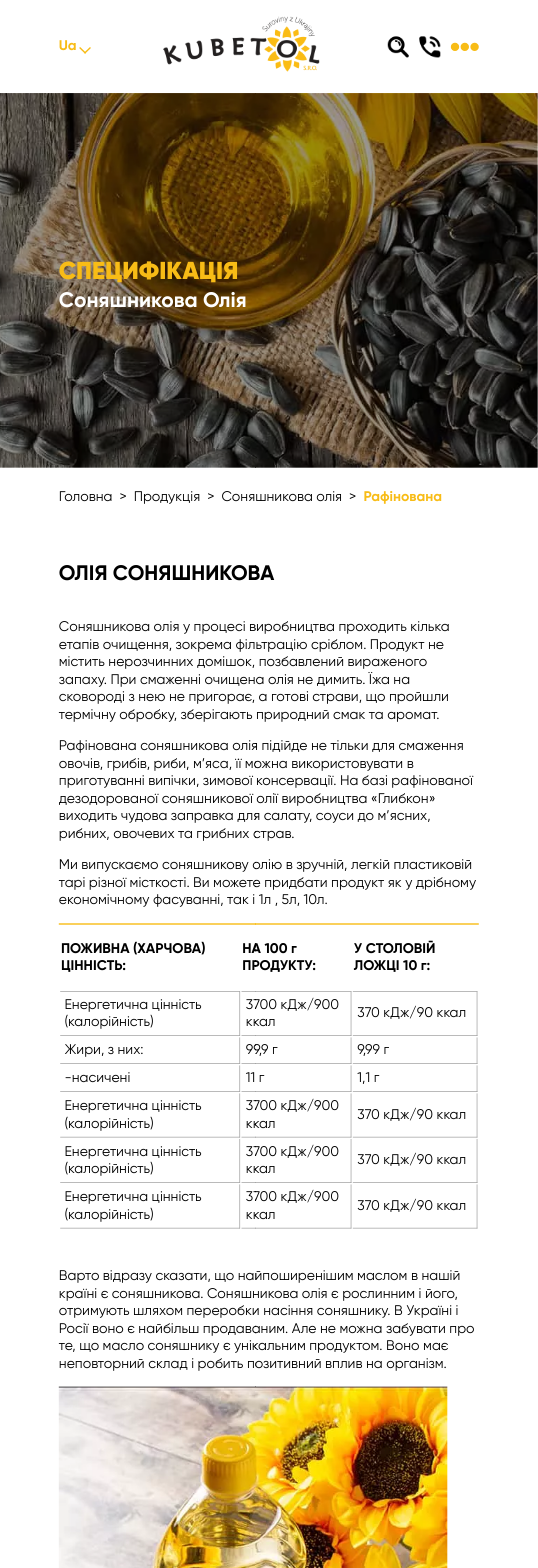
Repository: fanbear/Kubetol
Page: specification.html
An editor plug-in stored every save of this project. The page is shown before and after the next save, followed by the edit.
The browser window is 768 px wide. The pictures show the part of the page from y = 0 to 2240 px (the page is 5311 px tall before and 5281 px after), at 70% of full size.

Above is the page before, as saved 2023-05-03 15:40:26.

### specification.html
<!DOCTYPE html>
<html lang="en">

<head>
    <meta charset="UTF-8">
    <meta http-equiv="X-UA-Compatible" content="IE=edge">
    <meta name="viewport" content="width=device-width, initial-scale=1.0">
    <title>Document</title>
    <!-- <link rel="stylesheet" href="https://cdnjs.cloudflare.com/ajax/libs/normalize/8.0.1/normalize.min.css"> -->

    <script src="js/preload.js"></script>
    <link rel="stylesheet" href="css/critical.css">
</head>

<body id="main">
    <div class="preload">
        <div class="preload-img"><img src="img/footer-logotype.webp" alt="KUBETOL"></div>
        <div class="loading-spinner"></div>
        <div class="preload-text">Завантаження...</div>
        <div class="video-slider__overlay"></div>
    </div>
    <header class="header">
        <div class="flex-container flex-bettwen flex-ac">
            <div class="header-language flex">
                <div class="language-active">Ua</div>
                <ul class="language-list">
                    <li><a href="/">Pl</a></li>
                    <li><a href="/">Cz</a></li>
                    <li><a href="/">En</a></li>
                </ul>
                <div class="header-list__open no-transform"></div>
            </div>
            <div class="header-title">KUBETOL s.r.o. - Сировина з України</div>
            <div class="header-logotype flex flex-center"><a href="/"><img src="img/logotype.webp" alt="KUBETOL"
                        width="223" height="78"></a></div>
            <div class="header-email"><a href="mailto:kubetol@seznam.cz">kubetol@seznam.cz</a></div>
            <div class="header-action flex flex-bettwen">
                <div class="header-search flex flex-ac">
                    <img src="img/search.webp" alt="KUBETOL search" width="30" height="30">
                </div>
                <div class="header-phone flex flex-ac">
                    <img src="img/phone.webp" alt="KUBETOL Phone" width="30" height="30">
                </div>
                <div class="header-menu flex flex-ac flex-center">
                    <span></span>
                    <span></span>
                    <span></span>
                </div>
                <div class="header-menu__list flex">
                    <ul>
                        <li><a href="/">Головна</a></li>
                        <li><a href="/">Про нас</a></li>
                        <li><a href="/">Продукція</a></li>
                        <li><a href="/">Контакти</a></li>
                        <li><a href="/">Новини</a></li>
                    </ul>
                </div>
            </div>
        </div>
    </header>
    <main class="spec-page">
        <section class="section top-product" style="background-image: url('img/product-top.webp')">
            <div class="flex-container flex-column">
                <div class="top-product__text">
                    <h1>Специфікація</h1>
                    <h2>Соняшникова Олія</h2>
                </div>
            </div>
            <div class="product-overlay"></div>
        </section>
        <div class="breadcrumb">
            <div class="flex-container">
                <ul class="flex flex-ac">
                    <li><a href="">Головна</a><span>></span></li>
                    <li><a href="">Продукція</a><span>></span></li>
                    <li><a href="">Соняшникова олія</a><span>></span></li>
                    <li>Рафінована</li>
                </ul>
            </div>
        </div>
        <section class="spec-text">
            <div class="flex-container">
                <div class="spec-text__title">
                    <h1>ОЛІЯ СОНЯШНИКОВА</h1>
                </div>
                <div class="spec-text__desc">
                    <p>Соняшникова олія у процесі виробництва проходить кілька етапів очищення, зокрема фільтрацію
                        сріблом. Продукт не містить
                        нерозчинних домішок, позбавлений вираженого запаху. При смаженні очищена олія не димить. Їжа на
                        сковороді з нею не
                        пригорає, а готові страви, що пройшли термічну обробку, зберігають природний смак та аромат.</p>
                    <p>Рафінована соняшникова олія підійде не тільки для смаження овочів, грибів, риби, м’яса, її можна
                        використовувати в
                        приготуванні випічки, зимової консервації. На базі рафінованої дезодорованої соняшникової олії
                        виробництва «Глибкон»
                        виходить чудова заправка для салату, соуси до м’ясних, рибних, овочевих та грибних страв.</p>
                    <p>Ми випускаємо соняшникову олію в зручній, легкій пластиковій тарі різної місткості. Ви можете
                        придбати продукт як у
                        дрібному економічному фасуванні, так і 1л , 5л, 10л.</p>
                    <table>
                        <thead>
                            <tr>
                                <th>ПОЖИВНА (ХАРЧОВА) ЦІННІСТЬ:</th>
                                <th>НА 100 г ПРОДУКТУ:</th>
                                <th>У СТОЛОВІЙ ЛОЖЦІ 10 г:</th>
                            </tr>

                        </thead>
                        <tbody>
                            <tr>
                                <td>Енергетична цінність (калорійність)</td>
                                <td>3700 кДж/900 ккал</td>
                                <td>370 кДж/90 ккал</td>
                            </tr>
                            <tr>
                                <td>Жири, з них:</td>
                                <td>99,9 г</td>
                                <td>9,99 г</td>
                            </tr>
                            <tr>
                                <td>-насичені</td>
                                <td>11 г</td>
                                <td>1,1 г</td>
                            </tr>
                            <tr>
                                <td>Енергетична цінність (калорійність)</td>
                                <td>3700 кДж/900 ккал</td>
                                <td>370 кДж/90 ккал</td>
                            </tr>
                            <tr>
                                <td>Енергетична цінність (калорійність)</td>
                                <td>3700 кДж/900 ккал</td>
                                <td>370 кДж/90 ккал</td>
                            </tr>
                            <tr>
                                <td>Енергетична цінність (калорійність)</td>
                                <td>3700 кДж/900 ккал</td>
                                <td>370 кДж/90 ккал</td>
                            </tr>
                        </tbody>
                    </table>
                    <p>Варто відразу сказати, що найпоширенішим маслом в нашій країні є соняшникова. Соняшникова олія є
                        рослинним і його,
                        отримують шляхом переробки насіння соняшнику. В Україні і Росії воно є найбільш продаваним. Але
                        не можна забувати про
                        те, що масло соняшнику є унікальним продуктом. Воно має неповторний склад і робить позитивний
                        вплив на організм.</p>
                    <img src="img/spec-img.webp" alt="">
                    <p>
                        <b>Основними плюсами в його компонентах є такі:</b> Наявність рослинних жирів. Вони досить легко
                        засвоюються організмом, на відміну від тваринних жирів.
                    </p>
                    <p>Жирні кислоти. Організм без них не може нормально функціонувати, завдяки їм відбувається будову
                        тканин і клітин. Крім
                        того, вони надають позитивний вплив на кровоносну і нервову систему.</p>
                    <p>Наявність вітамінів А і D. Вітамін А відповідає за хороший зір і підтримання імунної системи, а D
                        за, то щоб шкіра була
                        в хорошому стані і були міцні кістки.</p>
                    <p>Вітамін Е. Він є найпотужнішим антиоксидантом, виконує захисні функції організму, також захищає
                        його від раку і старіння
                        організму. У рослинному маслі концентрація вітаміну Е набагато вище, ніж в інших видах продуктів
                        і навіть в оливковій
                        олії.</p>
                    <p>Соняшникову олію розливають у споживчу і транспортну тару. У промисловості її розфасовують в
                        полімерні пляшки, а у
                        компаній-посередників можна придбати олію соняшникову наливом.</p>
                    <p>Зберігається соняшникова олія при температурі не вище 18-20 градусів від 2 до 4 місяців. Це
                        залежить від способу
                        отримання олії.</p>
                </div>
            </div>
        </section>
        <section class="spec-sertification">
            <div class="flex-container">
                <div class="spec-img-container flex flex-bettwen flex-wrap flex-ac">
                    <a href="img/spec-1.png" class="mfp-image"><img src="img/spec-1.png"></a>
                    <a href="img/spec-2.png" class="mfp-image"><img src="img/spec-2.png"></a>
                    <a href="img/spec-3.png" class="mfp-image"><img src="img/spec-3.png"></a>
                    <a href="img/spec-4.png" class="mfp-image"><img src="img/spec-4.png"></a>
                </div>
            </div>
        </section>
        <div class="spec-download">
            <div class="flex-container">
                <a class="flex flex-ac flex-center" href="path/to/document.pdf" download>Скачати документ</a>
            </div>
        </div>
        <div class="spec-bottom__img flex " style="background-image: url('img/spec-bottom-img.webp')">
        </div>
        <section class="yellow-line">
            <div class="flex-container flex-bettwen flex-ac no-wrap">
                <div class="yellow__text">Виникли питання або бажаєте замовити нашу продукцію?</div>
                <div class="yellow__button flex flex-center flex-ac">
                    <span>Зв'язатися з нами</span>
                </div>
            </div>
        </section>
    </main>
    <footer>
        <div class="flex-container">
            <div class="footer-logo flex flex-center"><img src="img/footer-logotype.webp" alt="kubetol-logotype"></div>
            <div class="footer-wrapper flex">
                <div class="footer-item flex flex-column flex-bettwen">
                    <ul class="footer-item__link flex">
                        <li><a href="/">Головна</a></li>
                        <li><a href="/">Про нас</a></li>
                        <li><a href="/">Продукція</a></li>
                        <li><a href="">Контакти</a></li>
                        <li><a href="">Новини</a></li>
                    </ul>
                    <div class="footer-item__social flex">
                        <a class="flex flex-center flex-ac" href="/"><img src="img/facebook.png"
                                alt="Kubetol - facebook" width="40" height="40"></a>
                        <a class="flex flex-center flex-ac" href="/"><img src="img/instagram.webp"
                                alt="Kubetol - instagram" width="40" height="40"></a>
                        <a class="flex flex-center flex-ac" href="/"><img src="img/youtube.png" alt="Kubetol - Youtube"
                                width="40" height="40"></a>
                    </div>
                    <div class="footer-item__developer">Розроблено і створено Сиваш Олексій</div>
                </div>
                <div class="footer-item">
                    <div class="footer-item_copyright">
                        Copyright <br> © 2010-2023 - KUBETOL s.r.o.
                    </div>
                    <div class="footer-item__phone"><a href="tel:">+420 777 892 272</a></div>
                    <div class="footer-item__mail"><a href="mailto:kubetol@seznam.cz">kubetol@seznam.cz</a></div>
                    <div class="footer-item__qr"><img src="img/qr.png" alt="Kubetol QR"></div>
                    <div class="footer-item__address">18200 Прага – 8, Kobylisy, Pakoměřická 510/18</div>
                </div>
            </div>
        </div>


        <link href="css/aos.css" rel="stylesheet">
        <link rel="stylesheet" type="text/css"
            href="https://cdnjs.cloudflare.com/ajax/libs/OwlCarousel2/2.3.4/assets/owl.carousel.min.css">
        <link rel="stylesheet" type="text/css"
            href="https://cdnjs.cloudflare.com/ajax/libs/OwlCarousel2/2.3.4/assets/owl.theme.default.min.css">

        <link rel="stylesheet" href="css/main.css">
        <script src="https://code.jquery.com/jquery-3.6.0.min.js"></script>
        <script src="https://cdnjs.cloudflare.com/ajax/libs/OwlCarousel2/2.3.4/owl.carousel.min.js"></script>
        <script src="js/aos.js"></script>

        <script src="js/main.js"></script>

        <!-- Magnific Popup CSS -->
        <link rel="stylesheet" href="css/magnific-popup.min.css" />

        <!-- Magnific Popup JS -->
        <script src="js/jquery.magnific-popup.min.js"></script>


    </footer>
</body>

</html>

### css/variables.css
:root {
    /* Color variables */
    --dark-color: #000000;
    --white-color: #ffffff;
    --yellow-color: #f8bc16;
    --grey-color: #9d9d9d;
    --dark-grey-color: #3a3a3a;
    /* Literal Fonts */
    --font-16: 16.7px;
    --font-25: 25.5px;
    --font-33: 33.3px;
    --font-45: 45.83px;
    --font-100: 100.1px;

    /* Container width */
    --width: 1180px;
    --container-padding: 0 15px;

    /* St button */
    --btn-width: 360px;
    --btn-height: 60px;
    --btn-radius: 30px;
}

/* Media query for tablets */
@media screen and (max-width: 1439.98px) {
    :root {
        --width: 980px;
        --container-padding: 0 20px;
        --font-16: 16.7px;
        --font-25: 25px;
        --font-33: 30px;
        --font-45: 40px;
        --font-100: 80px;
    }
}

/* Media query for mobile devices */
@media screen and (max-width: 1023.98px) {
    :root {
        --width: 740px;
        --container-padding: 0 20px;
        --font-16: 16.7px;
        --font-25: 20px;
        --font-33: 30px;
        --font-45: 35px;
        --font-100: 70px;
        --btn-width: 320px;
    }
}

@media (max-width: 768px) {
    :root {
        --width: 600px;
        --container-padding: 0 20px;
    }
}

### css/animation.css
:root {
    --animation-language: language-animation 0.6s ease-in;
    --animation-spin: spin 1s linear infinite;
    --animation-preload: preload-hover 0.8s linear;
}



/* Language - animation */
@keyframes language-animation {
    0% {
        transform: scale(0);
        opacity: 0;
        z-index: -1;
    }

    50% {
        transform: scale(0.5);
        opacity: 0.5;
        z-index: 9999;
    }

    50% {
        transform: scale(1);
        opacity: 1;
        z-index: 9999;
    }

}

@keyframes spin {
    0% {
        transform: rotate(0);
    }

    100% {
        transform: rotate(360deg);
    }
}

@keyframes preload-hover {
    0% {
        opacity: 1;
        z-index: 9999;
    }

    50% {
        opacity: 0.5;
        z-index: 9999;
    }

    100% {
        opacity: 0;
        z-index: -1;
    }
}

### css/fonts.css
@font-face {
    font-family: 'Gilroy';
    src: url('../fonts/Gilroy-UltraLight.ttf') format('opentype');
    font-weight: 200;
    font-style: normal;
}

@font-face {
    font-family: 'Gilroy';
    src: url('../fonts/Gilroy-ThinItalic.ttf') format('opentype');
    font-weight: 300;
    font-style: normal;
}

@font-face {
    font-family: 'Gilroy';
    src: url('../fonts/Gilroy-Regular.ttf') format('opentype');
    font-weight: normal;
    font-style: normal;
}

@font-face {
    font-family: 'Gilroy';
    src: url('../fonts/Gilroy-Medium.ttf') format('opentype');
    font-weight: 500;
    font-style: normal;
}

@font-face {
    font-family: 'Gilroy';
    src: url('../fonts/Gilroy-Semibold.ttf') format('opentype');
    font-weight: 600;
    font-style: normal;
}

@font-face {
    font-family: 'Gilroy';
    src: url('../fonts/Gilroy-Bold.ttf') format('opentype');
    font-weight: bold;
    font-style: normal;
}

@font-face {
    font-family: 'Gilroy';
    src: url('../fonts/Gilroy-ExtraBold.ttf') format('opentype');
    font-weight: 800;
    font-style: normal;
}

@font-face {
    font-family: 'Gilroy';
    src: url('../fonts/Gilroy-Black.ttf') format('opentype');
    font-weight: 900;
    font-style: normal;
}

Loaded but not shown: css/aos.css (library); js/aos.js (library); css/magnific-popup.min.css (library); js/jquery.magnific-popup.min.js (library); js/main.js (372 lines, source omitted); js/preload.js (21 lines, source omitted); css/main.css (1709 lines, source omitted); css/critical.css (1039 lines, source omitted)

After the next save:
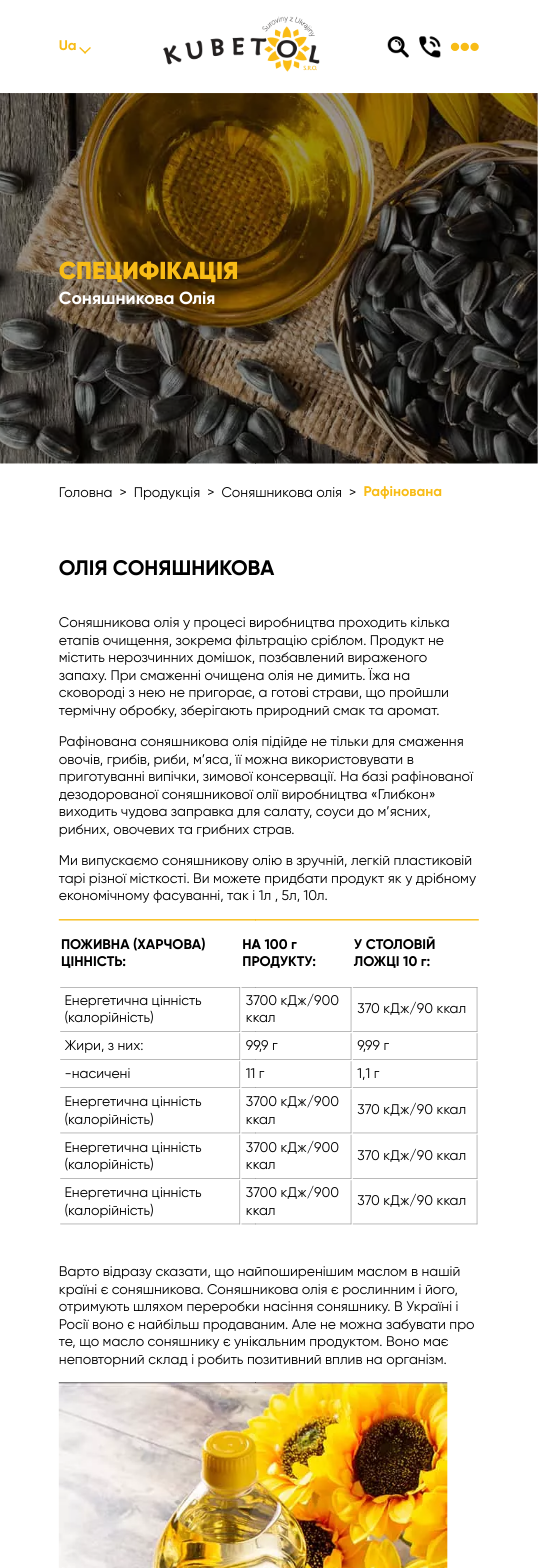
Saved 4 s later.
--- a/css/variables.css
+++ b/css/variables.css
@@ -42,7 +42,7 @@
         --container-padding: 0 20px;
         --font-16: 16.7px;
         --font-25: 20px;
-        --font-33: 30px;
+        --font-33: 25px;
         --font-45: 35px;
         --font-100: 70px;
         --btn-width: 320px;
